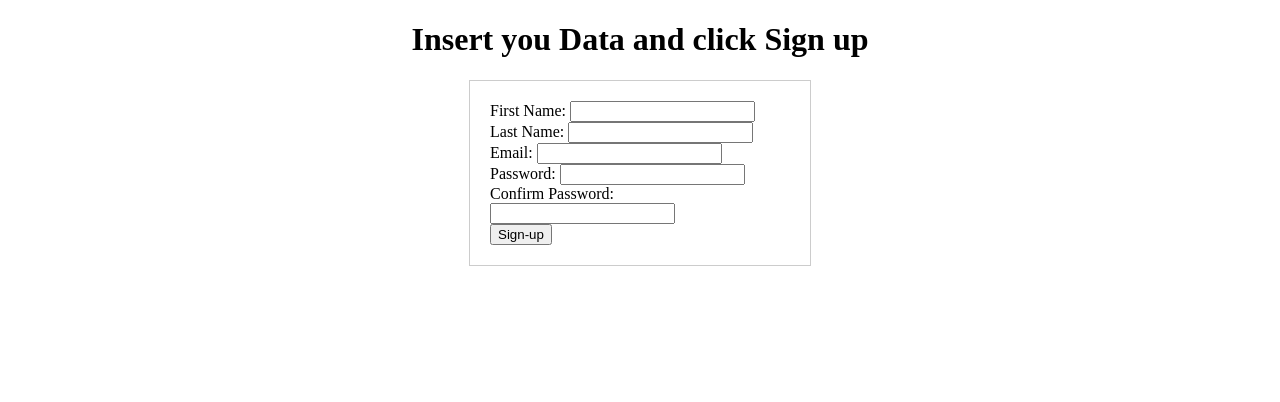
Repository: GiuuGpEEp/TerzoAnnoUni
Page: SAW/Esercizi/Form/Form.html
An editor plug-in stored every save of this project. The page is shown before and after the next save, followed by the edit.
The browser window is 1280 px wide. The pictures show the whole page.

Above is the page before, as saved 2024-11-18 22:35:20.

### SAW/Esercizi/Form/Form.html
<!DOCTYPE html>
<html lang="en">
    <head>
        <title>Form</title>
        <style>
            h1{
                text-align: center;
            }
            form{
                width: 300px; /* Larghezza del form */
                margin: 0 auto; /* Centra il form nella pagina */
                border: 1px solid #ccc; /* Bordino sottile */
                padding: 20px;
            }
        </style>
    </head>
    <body>
        <h1>Insert you Data and click Sign up</h1>
        <form action="registration.php" method="post">
            <div><label for="firstname">First Name:</label>
            <input type="text" name="firstname" id="firstname"></div>
            <div><label for="lastname">Last Name:</label>
            <input type="text" name="lastname" id="lastname"></div>
            <div><label for="email">Email:</label>
            <input type="email" name="email" id="email"></div>
            <div><label for="pass">Password:</label>
            <input type="password" name="pass" id="pass"></div>
            <div><label for="confirm">Confirm Password:</label>
            <input type="password" name="confirm" id="confirm"></div>
            <input type="submit" name="submit" value="Sign-up">
          </form>
    </body>

</html>

After the next save:
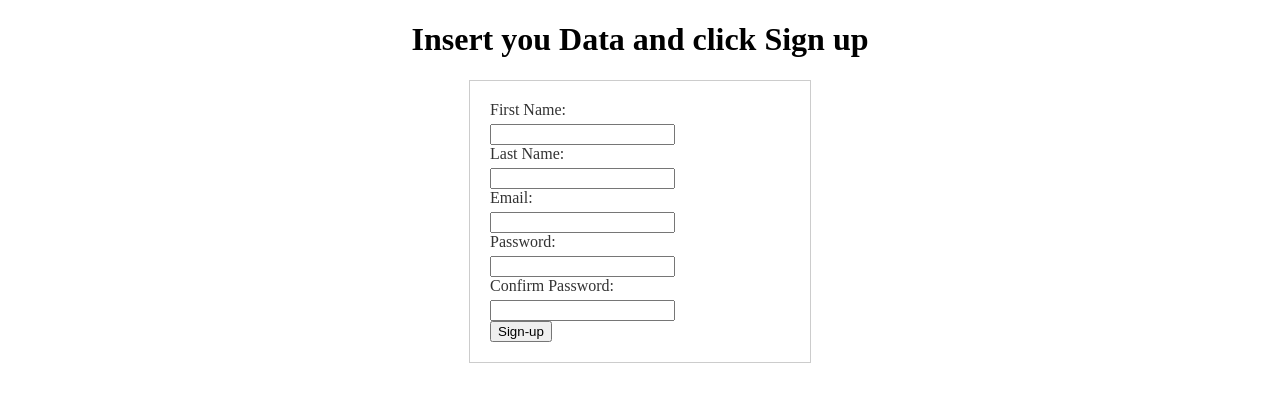
Saved 25 s later.
--- a/SAW/Esercizi/Form/Form.html
+++ b/SAW/Esercizi/Form/Form.html
@@ -12,6 +12,11 @@
                 border: 1px solid #ccc; /* Bordino sottile */
                 padding: 20px;
             }
+            label {
+  display: block;
+  margin-bottom: 5px;
+  color: #333; /* Blu scuro */
+}
         </style>
     </head>
     <body>
